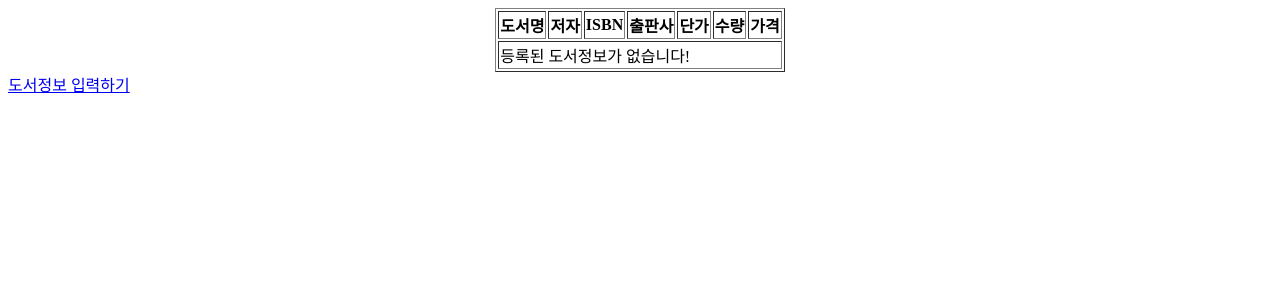
Repository: youngmoon525/Jsp_Servlet
Page: http://localhost/04.TestMVC/list.do
The author's editor kept a copy of each file at every save. The page is drawn from the files as they stood at one save, then again after the next save.
The browser window is 1280 px wide. The pictures show the whole page.
The page is served by Tomcat 9. Queries for data that is not in the repository find no rows.

Above is the page before, as saved 2021-09-10 04:03:24.

After the next save:
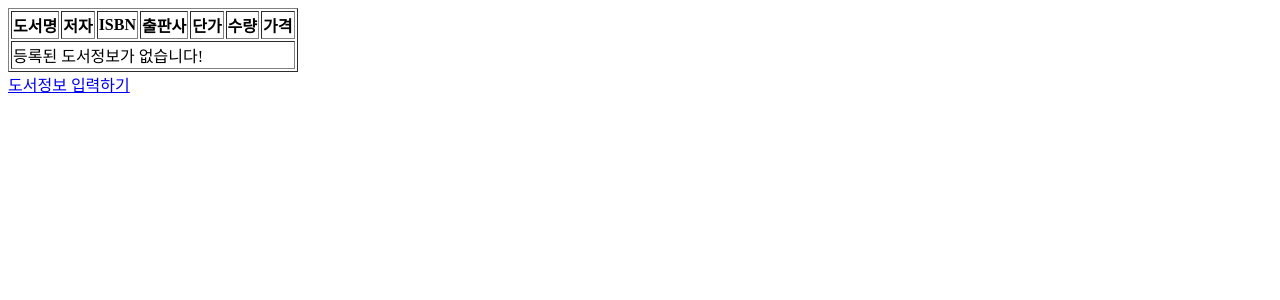
Saved 26 s later.
--- a/workspace/04.TestMVC/src/GetAllListServlet.java
+++ b/workspace/04.TestMVC/src/GetAllListServlet.java
@@ -24,7 +24,7 @@ public class GetAllListServlet extends HttpServlet {
 		//프리젠테이션 로직 : html
 		response.setContentType("text/html; charset=utf8");
 		PrintWriter out = response.getWriter();
-		out.println("<table border='1' align='center'>");
+		out.println("<table border='1'>");
 		out.println("<tr>");
 		out.println("<th>도서명</th>");
 		out.println("<th>저자</th>");
